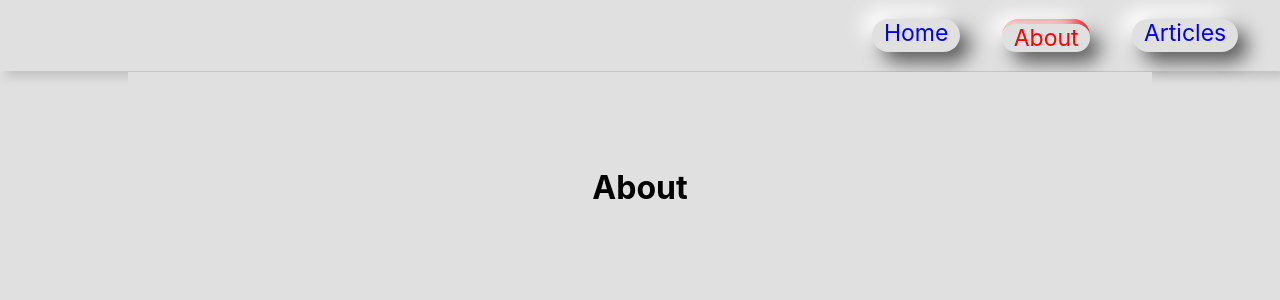
Repository: ShindanoSingi/react-software-architecture-course
Page: /about
The author's editor kept a copy of each file at every save. The page is drawn from the files as they stood at one save, then again after the next save.
The browser window is 1280 px wide. The pictures show the whole page.
The project was rebuilt for these pictures with package versions that can differ from the ones it lists, and the page was loaded fresh each time. Also part of the build but not shown: src/pages/Home.js, src/pages/Articles.js.

Above is the page before, as saved 2022-12-25 21:07:13.

After the next save:
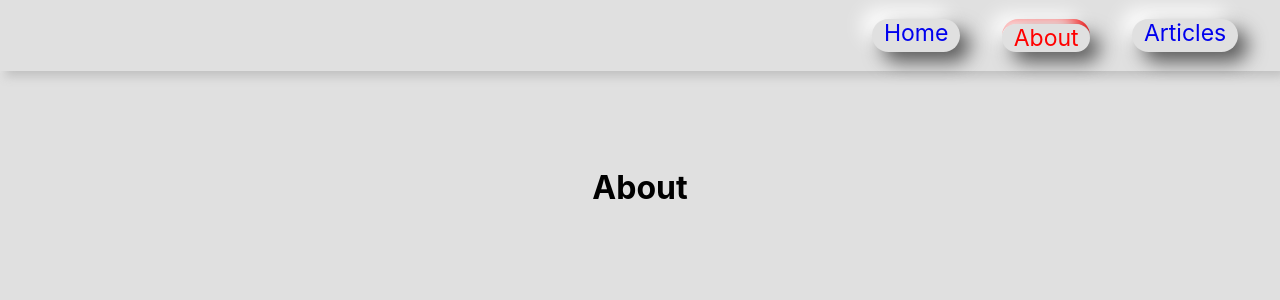
Saved 11 s later.
--- a/src/App.css
+++ b/src/App.css
@@ -45,7 +45,6 @@ a {
     top: 4.5em;
     width: 80%;
     margin: 0 10%;
-    background: #e0e0e0;
     height: 100%;
     padding-top: 5em;
 }
